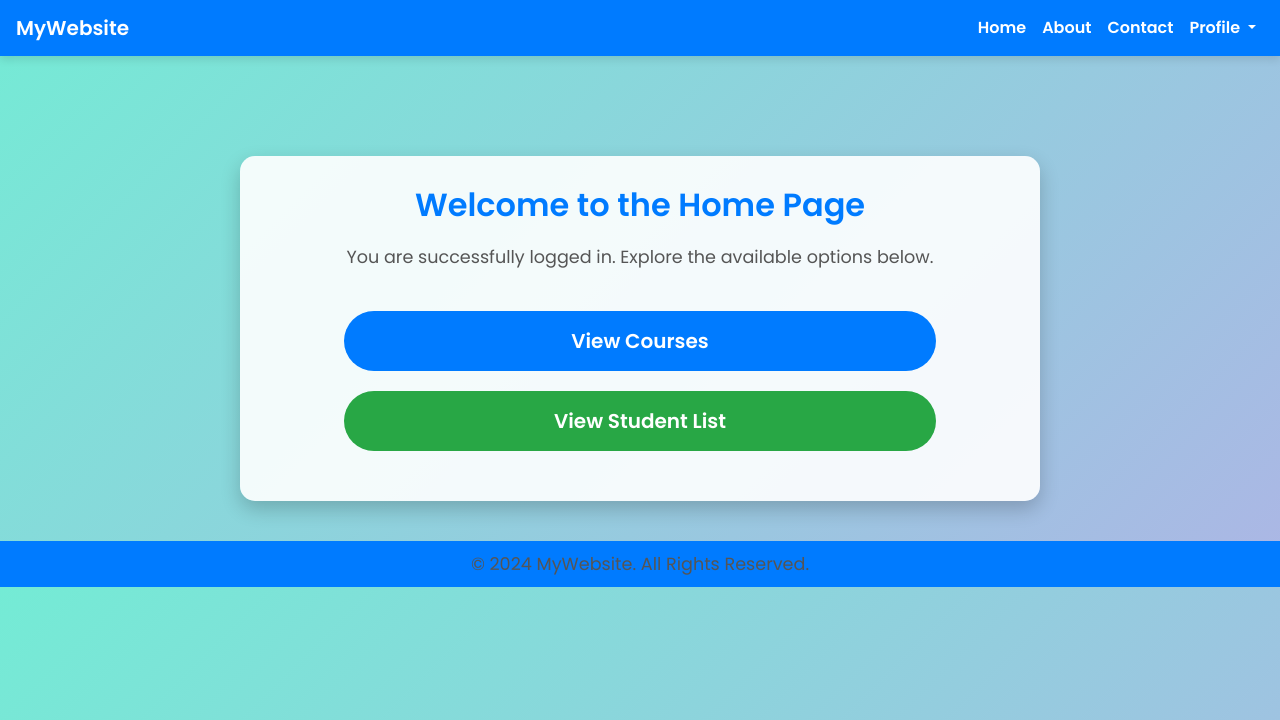
Repository: Jagadeesh5242/ERP
Page: http://localhost/home
The author's editor kept a copy of each file at every save. The page is drawn from the files as they stood at one save, then again after the next save.
The browser window is 1280 px wide. The pictures show the whole page.
Some web libraries are served in a nearby version. The page is this project's Thymeleaf template; nobody is signed in. The template is opened directly, without the code that normally fills it, so the values that code supplies are empty.

Above is the page before, as saved 2024-09-25 05:43:21.

After the next save:
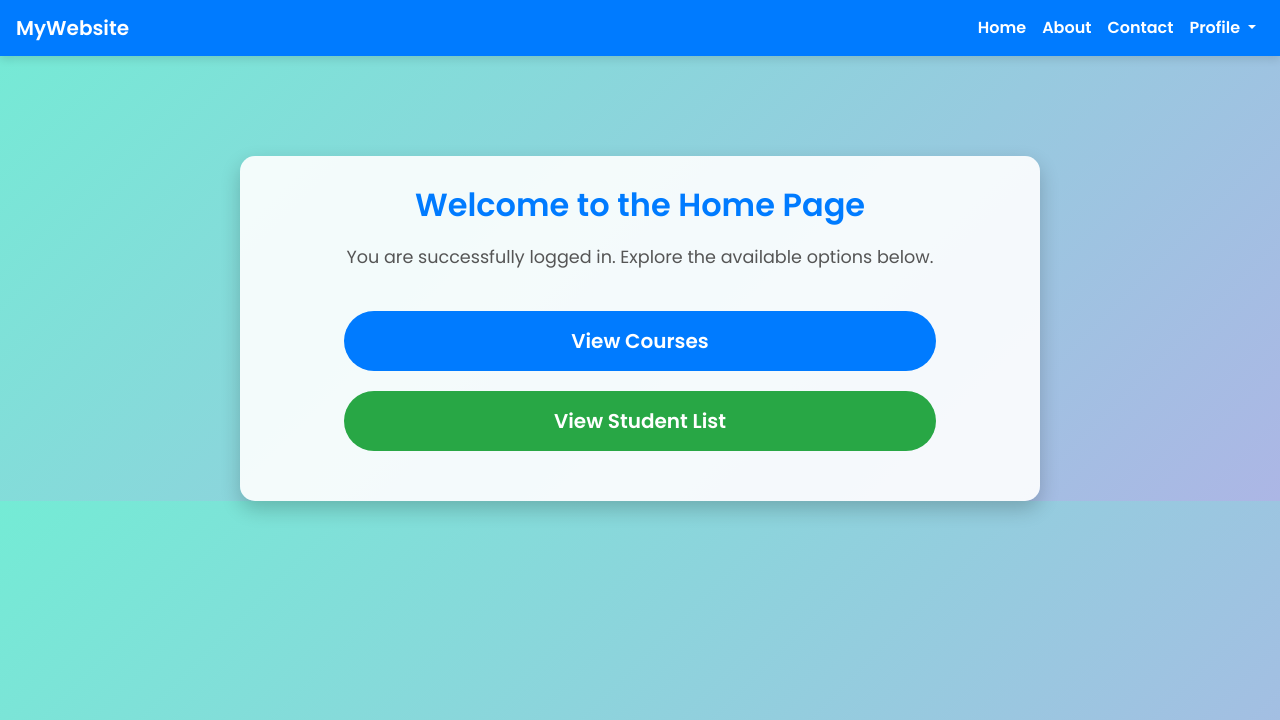
Saved 10 s later.
--- a/Student-Database-Management-System-using-JAVA-Spring-Boot-master/src/main/resources/templates/home.html
+++ b/Student-Database-Management-System-using-JAVA-Spring-Boot-master/src/main/resources/templates/home.html
@@ -166,10 +166,7 @@
         <a th:href="@{/students}" class="btn btn-success btn-custom">View Student List</a>
     </div>
 
-    <!-- Footer -->
-    <footer class="footer text-center">
-        <p>&copy; 2024 MyWebsite. All Rights Reserved.</p>
-    </footer>
+
 
     <!-- Optional JavaScript -->
     <!-- jQuery first, then Popper.js, then Bootstrap JS -->
